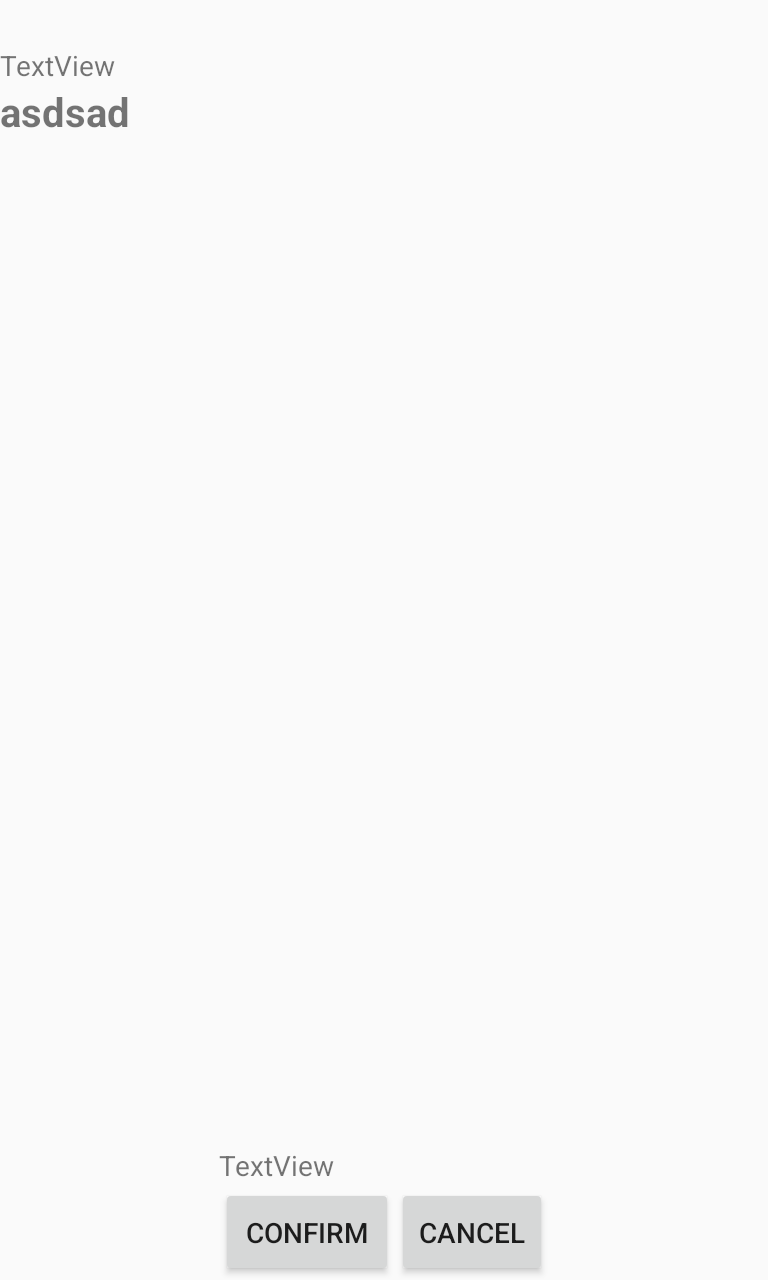
Repository: TeamZhao/Assignment-Tracker
Layout: AssignmentTracker/res/layout/activity_delete_semester_confirmation.xml
These files come from the project's save history. The layout is drawn as it stood at one moment and after the next save; the edit follows.
It is drawn on a 768 x 1280 px phone screen (xhdpi) without system bars, with theme AppTheme; the app's code is not run.

Above is the layout before, as saved 2014-11-15 06:09:11.

### AssignmentTracker/res/layout/activity_delete_semester_confirmation.xml
<TableLayout xmlns:android="http://schemas.android.com/apk/res/android"
    xmlns:tools="http://schemas.android.com/tools"
    android:layout_width="match_parent"
    android:layout_height="match_parent"
    android:layout_alignLeft="@+id/textView_DisplaySemContents"
    android:layout_below="@+id/textView_DisplaySemContents"
    tools:context="com.example.assignmenttracker.DeleteSemesterConfirmationActivity" >

    <TableRow
        android:id="@+id/tableRow1"
        android:layout_width="wrap_content"
        android:layout_height="wrap_content"
        android:layout_weight="1"
        android:gravity="bottom"
        android:orientation="horizontal" >

        <LinearLayout
            android:layout_width="wrap_content"
            android:layout_height="wrap_content"
            android:orientation="vertical" >

            <TextView
                android:id="@+id/textView_SemInfoNotice"
                android:layout_width="wrap_content"
                android:layout_height="wrap_content"
                android:text="TextView" />

            <TextView
                android:id="@+id/textView_DisplaySemTitle"
                android:layout_width="wrap_content"
                android:layout_height="wrap_content"
                android:layout_alignParentLeft="true"
                android:layout_alignParentTop="true"
                android:scrollbarAlwaysDrawVerticalTrack="true"
                android:scrollbarStyle="insideOverlay"
                android:scrollbars="vertical"
                android:text="asdsad"
                android:textSize="20sp"
                android:textStyle="bold" />
        </LinearLayout>
    </TableRow>

    <TableRow
        android:id="@+id/tableRow2"
        android:layout_width="wrap_content"
        android:layout_height="wrap_content"
        android:layout_weight="20" >

        <TextView
            android:id="@+id/textView_DisplaySemContents"
            android:layout_width="wrap_content"
            android:layout_height="wrap_content"
            android:layout_alignParentLeft="true"
            android:layout_alignParentTop="true"
            android:scrollbarAlwaysDrawVerticalTrack="true"
            android:scrollbarStyle="insideOverlay"
            android:scrollbars="vertical"
            android:text="" />
    </TableRow>

    <TableRow
        android:id="@+id/tableRow3"
        android:layout_width="wrap_content"
        android:layout_height="wrap_content"
        android:layout_weight="1"
        android:gravity="bottom|center" >

        <LinearLayout
            android:layout_width="wrap_content"
            android:layout_height="wrap_content"
            android:orientation="vertical" >

            <TextView
                android:id="@+id/textView_ContinueNotice"
                android:layout_width="wrap_content"
                android:layout_height="wrap_content"
                android:text="TextView" />

            <LinearLayout
                android:layout_width="wrap_content"
                android:layout_height="wrap_content" >

                <Button
                    android:id="@+id/btn_deleteSem"
                    android:layout_width="wrap_content"
                    android:layout_height="wrap_content"
                    android:layout_weight="1"
                    android:text="@string/confirm" />

                <Button
                    android:id="@+id/btn_cancelDeleteSem"
                    android:layout_width="wrap_content"
                    android:layout_height="wrap_content"
                    android:layout_weight="1"
                    android:minWidth="24dip"
                    android:text="@string/cancel" />
            </LinearLayout>
        </LinearLayout>
    </TableRow>

</TableLayout>

### AssignmentTracker/res/values/strings.xml
<?xml version="1.0" encoding="utf-8"?>
<resources>

    <string name="app_name">Assignment Tracker</string>
    <string name="hello_world">Hello world!</string>
    <string name="action_settings">Settings</string>
    <string name="title_activity_add_semester">Add New Semester</string>
    <string name="semesterDetails">Add semester</string>
    <string name="semesterNo">Enter your semester number</string>
    <string name="semesterName">Enter the semester name and other info</string>
    <string name="addSemester">Add</string>
    <string name="cancelSemester">Cancel</string>
    <string name="nameOfSemester">Name</string>
    <string name="semester">Semester</string>
    <string name="title_activity_main">Assignment Tracker</string>
    <string name="instsuction_add">Please press menu button on the upper right corner to add new record.</string>
    <string name="add_semester">Add Semester</string>
    <string name="add_course">Add Course/Project</string>
    <string name="add_assignment">Add Assignment</string>
    <string name="title_activity_add_assignment">Add New Assignment</string>
    <string name="title">Title</string>
    <string name="course">Course</string>
    <string name="due_date">Due Date</string>
    <string name="progress">Progress</string>
    <string name="add">Add</string>
    <string name="cancel">Cancel</string>
    <string name="delete">Delete</string>
    <string name="update">Update</string>
    <string name="confirm">Confirm</string>
    <string name="title_activity_update_assignment">Update Assignment</string>
    <string name="title_activity_add_course">Add New Course</string>
    <string name="course_code">Course Code</string>
    <string name="professor">Professor</string>
    <string name="course_name">Course Name</string>
    <string name="course_description">Course Description</string>
    <string name="title_activity_show_semesters">Semesters</string>
    <string name="show_semesters">Show All Semesters</string>
    <string name="title_activity_show_courses">Courses</string>
    <string name="show_courses">Show All Courses</string>
    <string name="title_activity_update_course">Update Course</string>
    <string name="title_activity_update_semester">Update Semester</string>
    <string name="Update">Update</string>
    <string name="updateSemester">Update Semester</string>
    <string name="title_activity_splash_screen">Assignment Tracker</string>
    <string name="companyLogo">Company Logo</string>
    <string name="ImA">I am a..</string>
    <string name="teacher">Teacher</string>
    <string name="student">Student</string>
    <string name="title_activity_delete_semester_confirmation">Delete Semester Confirmation</string>

</resources>

Loaded but not shown: AssignmentTracker/res/values/styles.xml (common file); AssignmentTracker/res/values-v11/styles.xml (common file); AssignmentTracker/res/values-v14/styles.xml (common file)

After the next save:
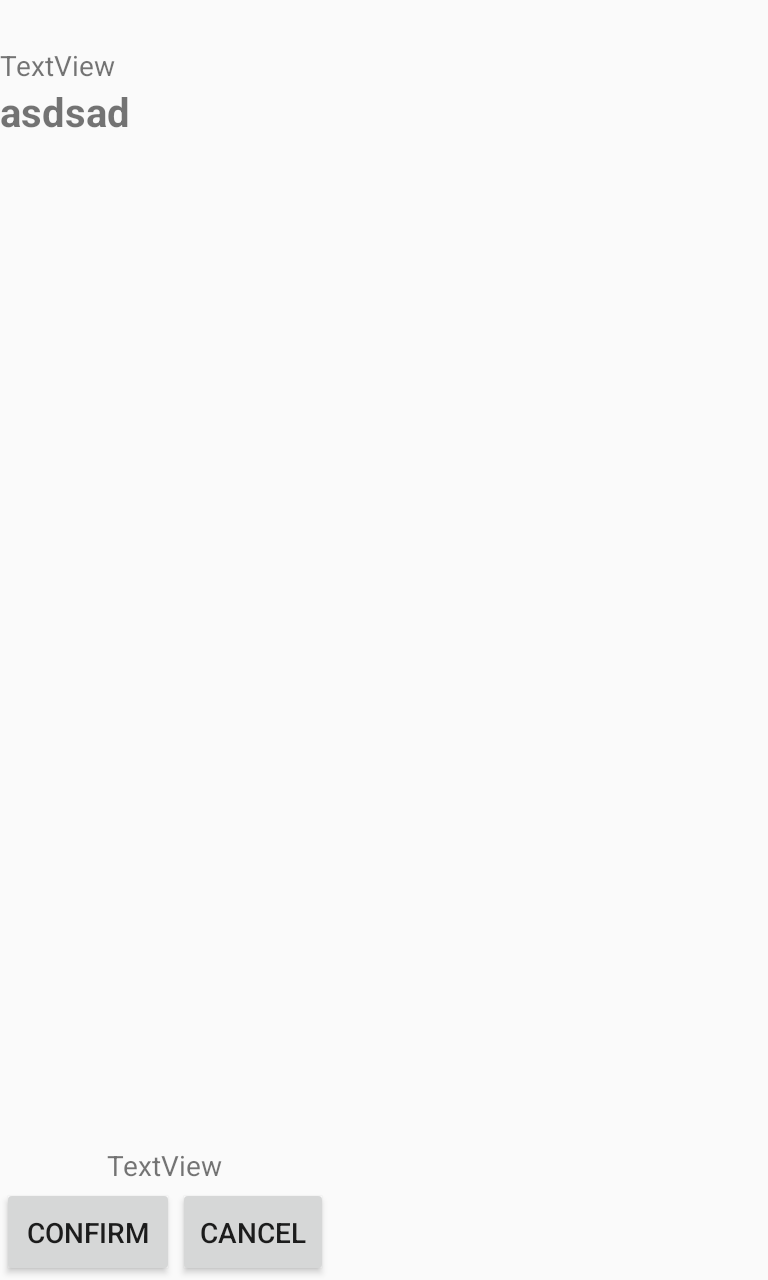
Saved 75 s later.
--- a/AssignmentTracker/res/layout/activity_delete_semester_confirmation.xml
+++ b/AssignmentTracker/res/layout/activity_delete_semester_confirmation.xml
@@ -63,12 +63,13 @@
         android:layout_width="wrap_content"
         android:layout_height="wrap_content"
         android:layout_weight="1"
-        android:gravity="bottom|center" >
+        android:gravity="bottom|center|left" >
 
         <LinearLayout
             android:layout_width="wrap_content"
             android:layout_height="wrap_content"
-            android:orientation="vertical" >
+            android:orientation="vertical"
+            android:gravity="center" >
 
             <TextView
                 android:id="@+id/textView_ContinueNotice"
